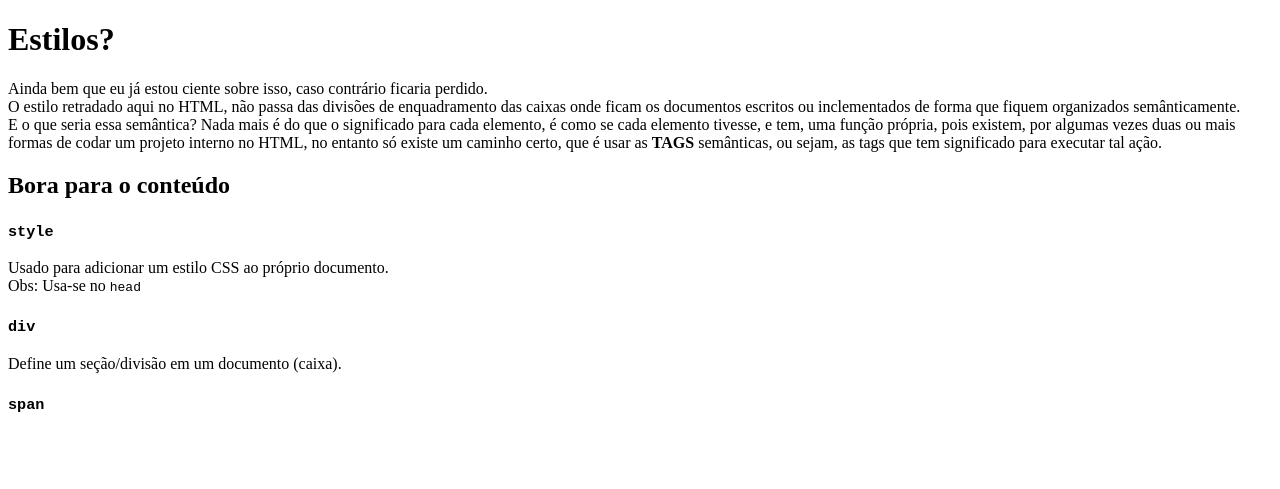
Repository: ErikMesquita/Danki-Code
Page: estilos/index.html
The author's editor kept a copy of each file at every save. The page is drawn from the files as they stood at one save, then again after a run of saves.
The browser window is 1280 px wide. The pictures show the whole page.

Above is the page before, as saved 2023-10-29 18:15:59.

After the next 2 saves:
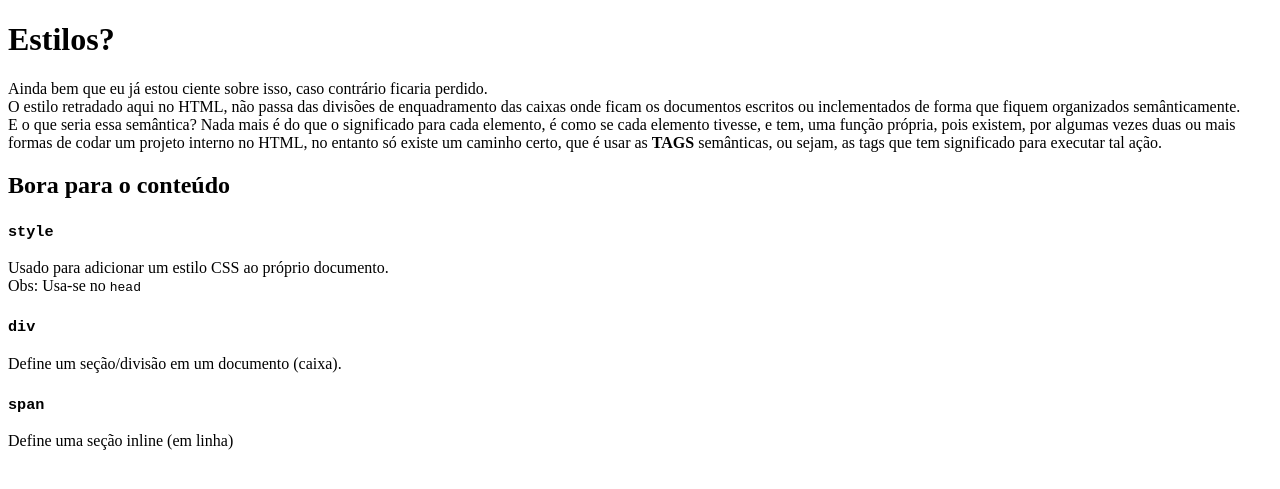
The 2 saves are shown as one change because they came seconds apart.
The last was saved 13 s later.
--- a/estilos/index.html
+++ b/estilos/index.html
@@ -29,6 +29,9 @@
             </p>
 
             <h3><code>span</code></h3>
+            <p>
+                Define uma seção inline (em linha)
+            </p>
 </body>
 
 </html>
